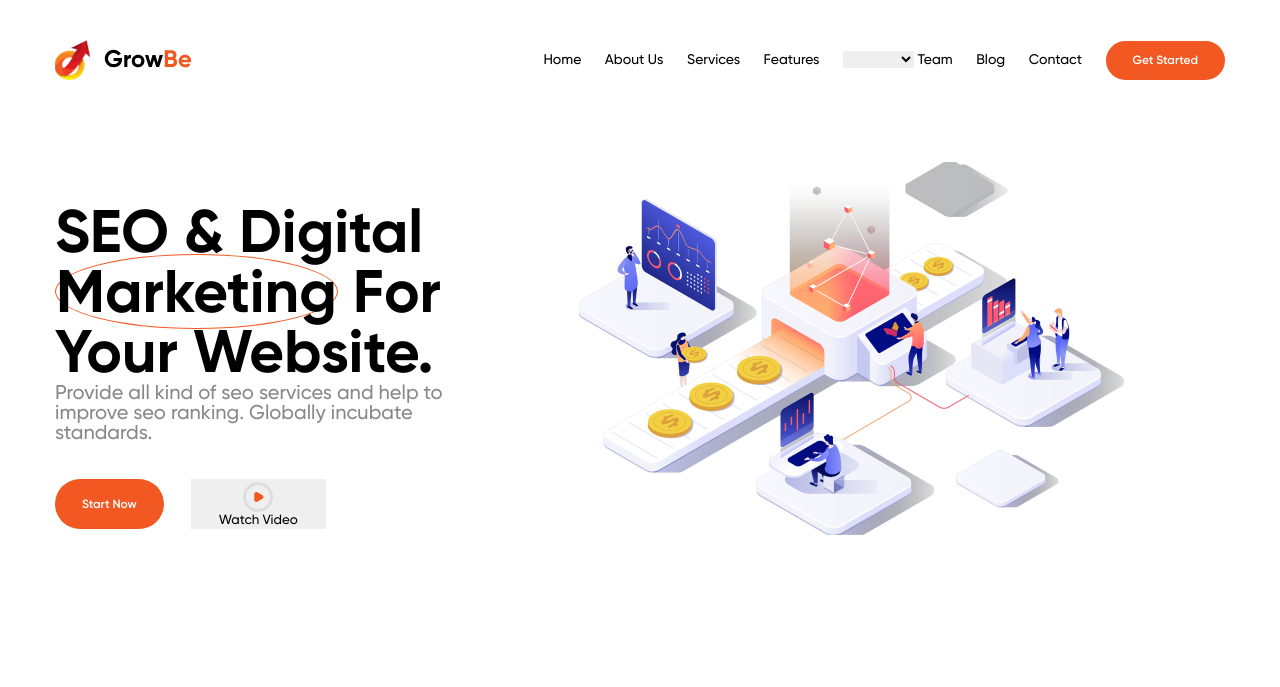
Repository: Alekseiy1980/GrowBe
Page: index.html
The author's editor kept a copy of each file at every save. The page is drawn from the files as they stood at one save, then again after the next save.
The browser window is 1280 px wide. The pictures show the part of the page from y = 0 to 687 px (the page is 1608 px tall before and 1628 px after).
A picture or video elsewhere on the page could not be fetched, so the positions and the page height are approximate.

Above is the page before, as saved 2024-01-21 14:50:55.

### index.html
<!DOCTYPE html>
<html lang="en">
<head>
    <meta charset="UTF-8">
    <meta name="viewport" content="width=device-width, initial-scale=1.0">

    <link rel="stylesheet" href="css/reset.css">
    <link rel="stylesheet" href="css/style.css">
    <title>GrowBe</title>
</head>
<body>
    <header>
        <div class="menu_bar">
            <div class="logo">
                <a class="logo-link" href="#">
                    <img src="/img/Logo.svg"  />
                </a>
            </div>
            <nav>
                <a class="menu menu_activ" href="@">Home</a>
                <a class="menu" href="@"> About Us</a>
                <a class="menu" href="@">Services</a>
                <label class="menu menu_label" for="pet-select">Features</label>
                    <select name="pets" id="pet-select">
                    <option value=""></option>
                    <option value="dog">Dog</option>
                    <option value="cat">Cat</option>
                    <option value="hamster">Hamster</option>
                    <option value="parrot">Parrot</option>
                    <option value="spider">Spider</option>
                    <option value="goldfish">Goldfish</option>
                    </select>

                <a class="menu" href="@">Team</a>
                <a class="menu" href="@">Blog</a>
                <a class="menu" href="@">Contact</a>
                <button class="btn_menu" type="button">Get Started</button>
            </nav>
        </div>


        <div class="home_meta">
            <div class="home_content">
                <div class="home_title">
                    <div>SEO & Digital <span class="creat">Marketing</span>  For Your Website.</div>
                </div>
            <div class="sub_title">
                <p>Provide all kind of seo services and help to improve seo ranking. Globally incubate standards.</p>
            </div>

            <div class="btn_meta">
                <button class="btn_menu" type="button">Start Now</button>
                <button class="btn_video" type="button">
                    <div class="conteiner_btn">
                        <div class="comteiner_img">
                            <img class="btn_img"
                            src="img/play.svg"
                            alt="play"
                            />
                        </div>
                        <div class="comteiner_txt">
                            Watch Video
                        </div>
                    </div>

                    </button>
            </div>
            </div>
            <div class="home_img">
                <img  src="img/home_Image.png" alt="">
            </div>
        </div>
        <div class="brend">
            <a href="#" class="brebd_logo" ><img class="brebd_logo-img" src="img/1.svg" alt=""></a>
            <a href="#" class="brebd_logo" ><img class="brebd_logo-img" src="img/6.svg" alt=""></a>
            <a href="#" class="brebd_logo" ><img class="brebd_logo-img" src="img/3.svg" alt=""></a>
            <a href="#" class="brebd_logo" ><img class="brebd_logo-img" src="img/4.svg" alt=""></a>
            <a href="#" class="brebd_logo" ><img class="brebd_logo-img" src="img/5.svg" alt=""></a>
            <a href="#" class="brebd_logo" ><img class="brebd_logo-img" src="img/6.svg" alt=""></a>
        </div>
    </header>
</body>
</html>

### css/reset.css

* {
    padding: 0;
    margin: 0;
    border: 0;
}

*,
*::before,
*::after {
    -moz-box-sizing: border-box;
    -webkit-box-sizing: border-box;
    box-sizing: border-box;
}

:focus,
:active {
    outline: none;
}

a:focus,
a:active {
    outline: none;
}

nav,
footer,
header,
aside {
    display: block;
}

html,
body {
    height: 100%;
    width: 100%;
    font-size: 100%;
    line-height: 1;
    font-size: 14px;
    -ms-text-size-adjust: 100%;
    -moz-text-size-adjust: 100%;
    -webkit-text-size-adjust: 100%;
}

input,
button,
textarea {
    font-family: inherit;
}

input::-ms-clear {
    display: none;
}

button {
    cursor: pointer;
}

button::-moz-focus-inner {
    padding: 0;
    border: 0;
}

a,
a:visited {
    text-decoration: none;
}

a:hover {
    text-decoration: none;
}

ul li {
    list-style: none;
}

img {
    vertical-align: top;
}

h1,
h2,
h3,
h4,
h5,
h6 {
    font-size: inherit;
    font-weight: 400;
}

### css/style.css
@font-face {
	font-family: 'Gilroy-Bold';
	src: url(/fonts/Gilroy-Bold.ttf);
}


@font-face {
	font-family: 'Gilroy-Medium';
	src: url(/fonts/Gilroy-Medium.ttf);
}
@font-face{
    font-family: 'Gilroy_Regular';
    src: url(/fonts/Gilroy-Regular.ttf);
}

@font-face{
    font-family: 'Gilroy-SemiBold';
    src: url(/fonts/Gilroy-SemiBold.ttf);
}
body{
    font-family: Gilroy-Medium;
    font-size: 14px;
    font-weight: 400;
    background: #FFF;

}

header {
    width: 1170px;
    margin: 0 auto;
}


.menu_bar{
    display: flex;
    justify-content: space-between;
    align-items: center;
    margin-top: 40px;
    height: 40px;
}

.logo{
    width: 137px;

}

.menu{
    display: inline-block;
    color: #000;
    padding-top: 11px;
    padding-bottom: 12px;
    margin-right: 20px;

}

.menu:hover{
    color: #F25822;
    font-family: Gilroy-SemiBold;
}

.btn_menu{
    color: #FFF;
    font-family: Gilroy-SemiBold;
    font-size: 12px;
    border-radius: 30px;
    background: #F25822;
    padding:12px 27px 13px;
}

.btn_menu:hover{
    background: #f84504;
}


.home_meta{
    margin-top: 82px;
    margin-bottom:162px ;
    display: flex;
    width: 1170px;
}

.home_content{
    /* white-space: pre-wrap; */
    width: 522px;
    margin-bottom: 17px;
    padding-right: 40px;
    padding-top: 40px;

}

.home_title{
    color: #000;
    font-family: Gilroy-Bold;
    font-size: 60px;

}

.creat{
    border-radius: 50%;
    border: 1px solid #F25822;
    -webkit-border-radius: 50%;
    -moz-border-radius: 50%;
    -ms-border-radius: 50%;
    -o-border-radius: 50%;
}

.sub_title{
    color: #888;
    font-size: 20px;
    padding-right: 36px;
    margin-bottom: 37px;
}

.home_ing{
    width: 544px;
}
.btn_meta{
    display: flex;
    width: 302px;
    height: 50px;
}
.btn_video{
    justify-content: space-between;
    width: 135px;
    align-items: center;
    margin-left: 27px;
}
}
.conteiner_btn{

.comteiner_img{
    height: 30px;
    width: 30px;
}
/* .btn_img{

} */

After the next save:
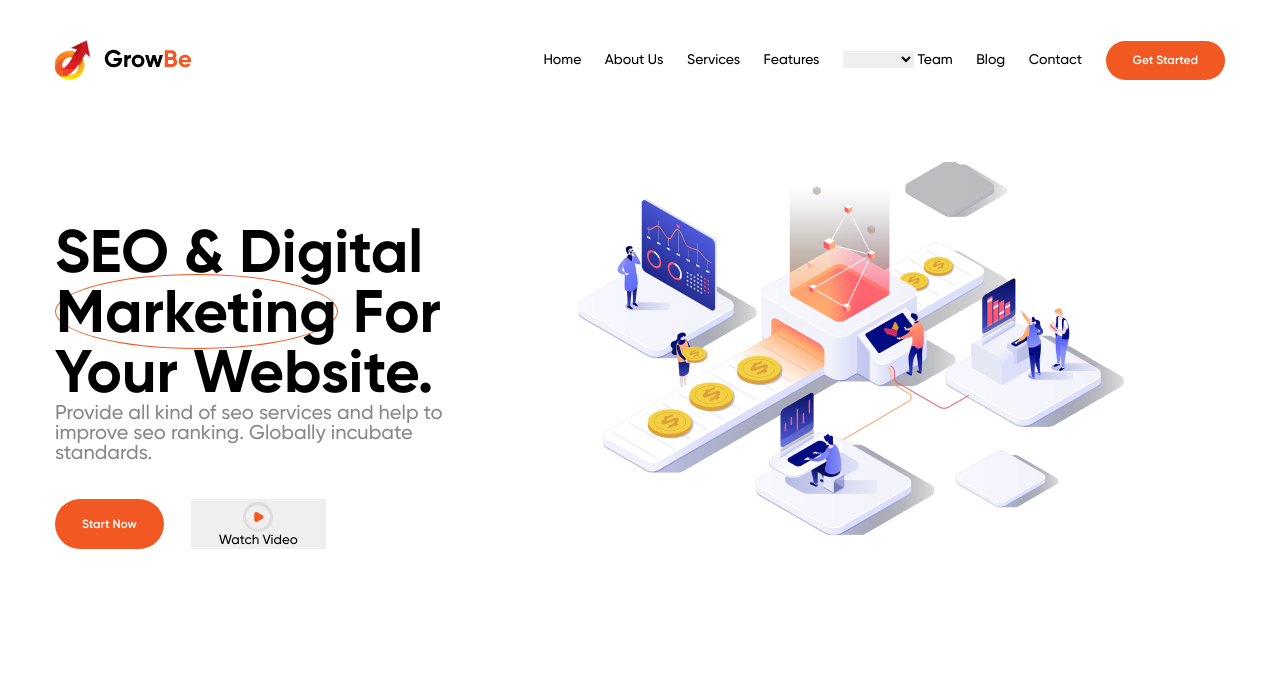
Saved 113 s later.
--- a/css/style.css
+++ b/css/style.css
@@ -84,7 +84,7 @@ header {
     width: 522px;
     margin-bottom: 17px;
     padding-right: 40px;
-    padding-top: 40px;
+    padding-top: 60.29px;
 
 }
 
